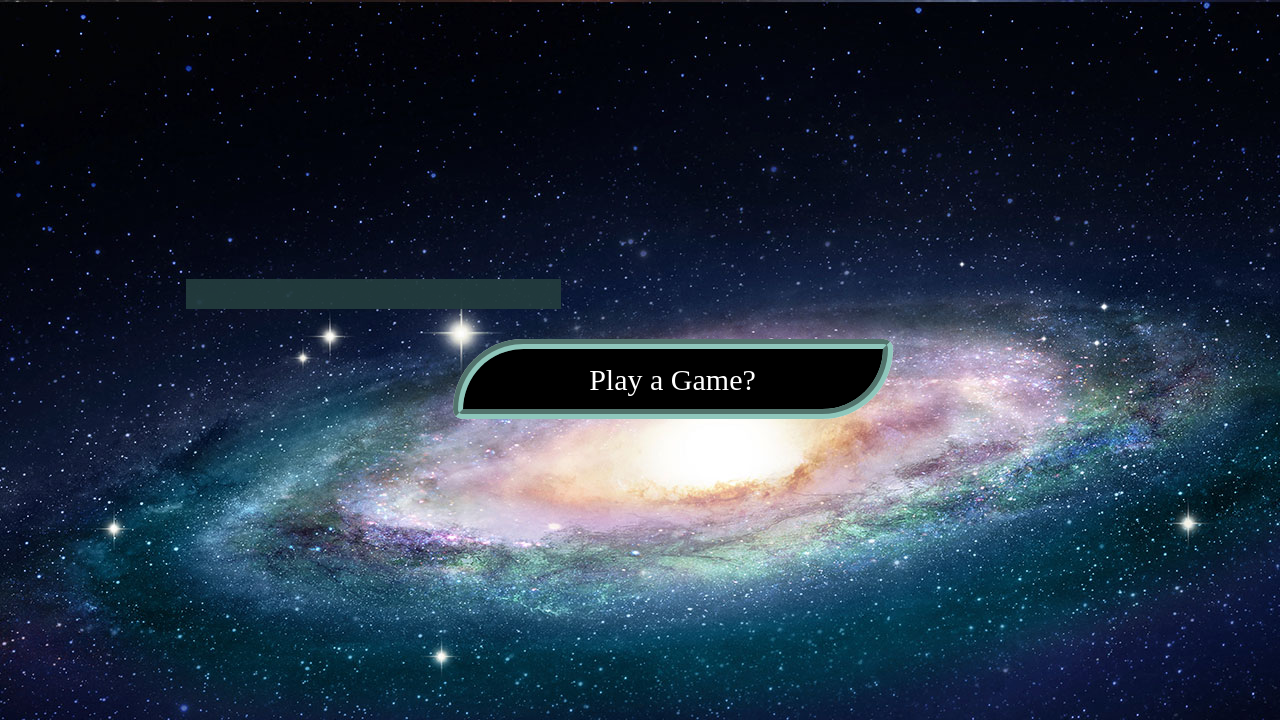
Repository: dsaftler/Trivia
Page: index.html
An editor plug-in stored every save of this project. The page is shown before and after the next save, followed by the edit.
The browser window is 1280 px wide. The pictures show the whole page.
Some web fonts or font styles are not loaded; a fallback is used.

Above is the page before, as saved 2019-04-13 19:55:30.

After the next save:
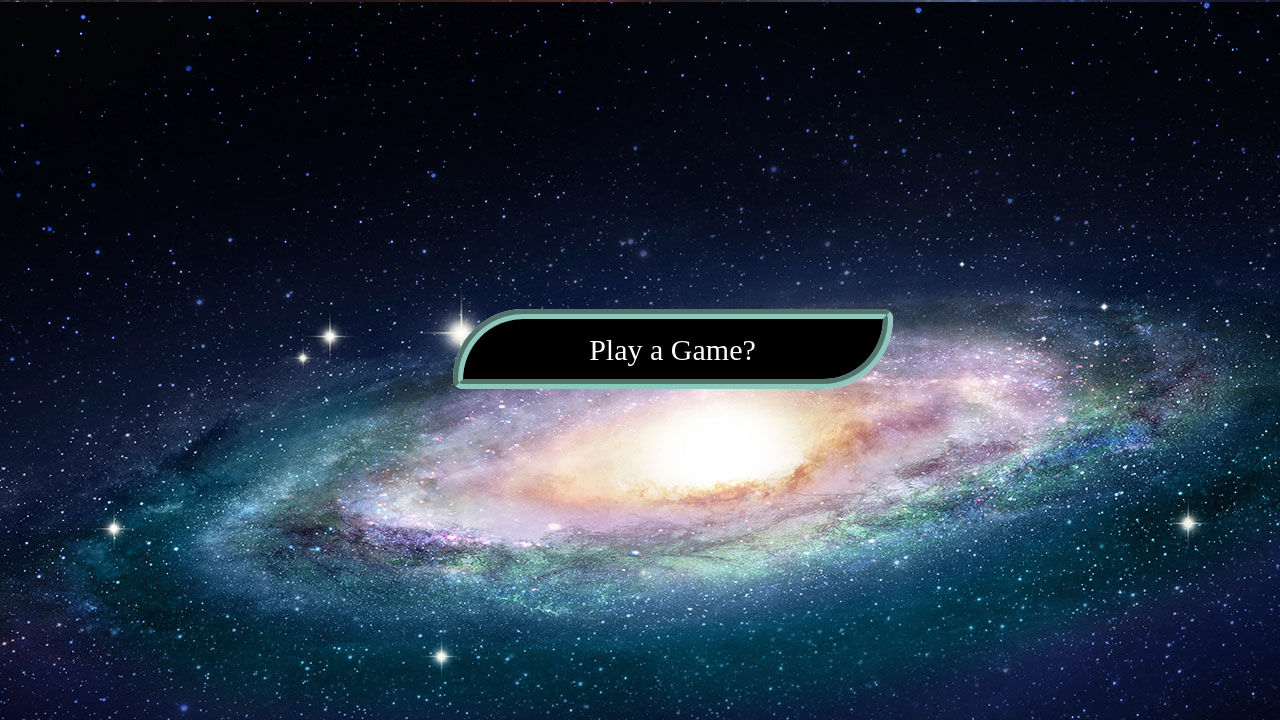
Saved 6 s later.
--- a/assets/css/style.css
+++ b/assets/css/style.css
@@ -15,7 +15,7 @@ body {
 }
 h3{
   color: #8fc7bc;
-  color:
+
 }
 .container{
    height: 100%;
@@ -55,10 +55,12 @@ padding-top: 50px;
 .playElements{
   align-content: center;
   margin: auto;
-  width: 75%;
+  width: 85%;
   padding-top:70px;
 }
-
+.showQuestion{
+  font-size: 30px;
+}
 ul li a {
   padding-left:20px;
   color: black;
@@ -88,6 +90,7 @@ li:hover {
 }
 .answers{
   padding-left: 5px;
+  font-size: 25px;
 }
 .playElements {
   align-content: center;
@@ -106,11 +109,11 @@ li:hover {
   clear: both;
   float: left;
   width:40%;
-  padding: 15px;
+  padding-right: 15px;
   margin: 15px;
   /* padding-top: 15px; */
   font-weight: lighter;
-  background-color: rgba(1, 29, 31, 0.795);
+  background-color: rgba(0, 5, 5, 0.781);
   overflow: auto;
 }
 img{
